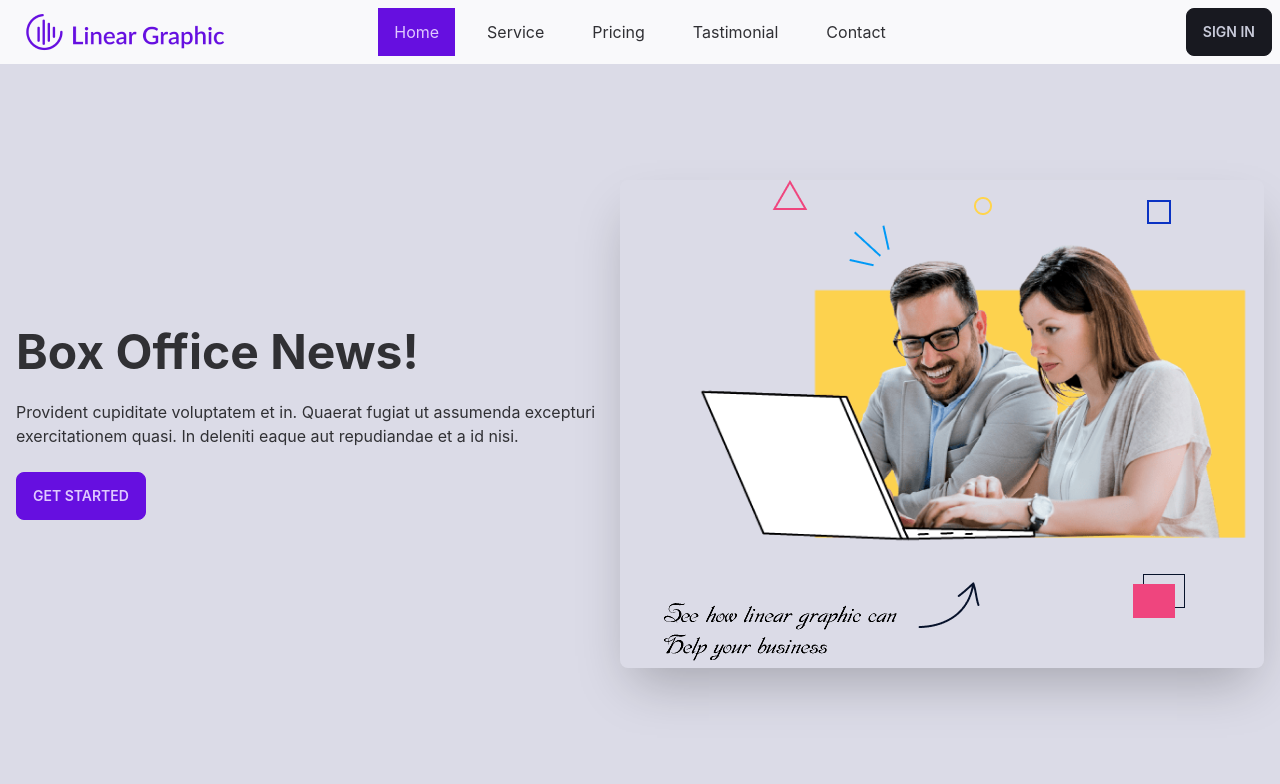
Repository: mdtamizuddin/Linear-Graphic
Page: /
These files come from the project's save history. The page is drawn as it stood at one moment and after the next save; the edit follows.
The browser window is 1280 px wide. The pictures show the whole page.
The project was rebuilt for these pictures with package versions that can differ from the ones it lists, and the page was loaded fresh each time. Also part of the build but not shown: src/Components/User/Social.js, src/Components/User/Login.js, src/Components/User/Signup.js.

Above is the page before, as saved 2022-05-28 02:57:37.

After the next save:
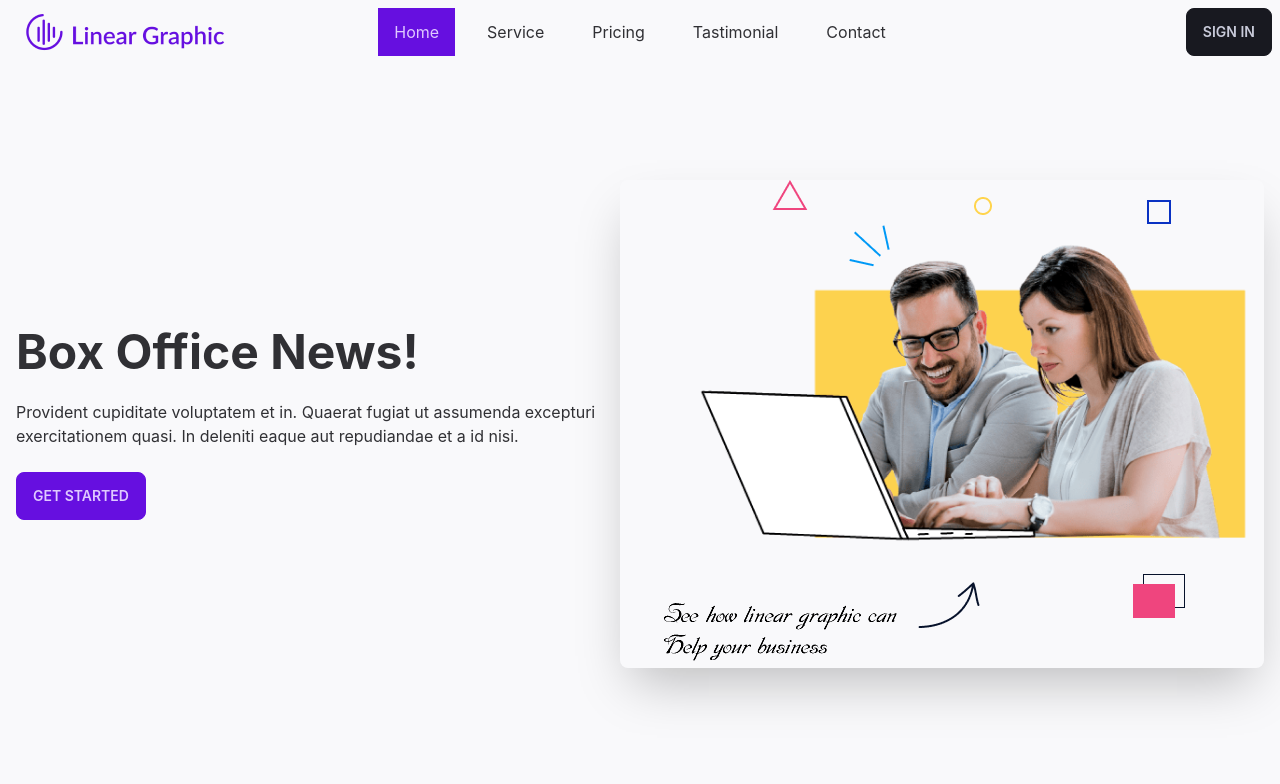
Saved 4 s later.
--- a/src/Components/Home/Header.js
+++ b/src/Components/Home/Header.js
@@ -3,7 +3,7 @@ import heroimg from './Hero.png'
 const Header = () => {
     return (
         <div>
-            <div className="hero min-h-screen bg-base-200">
+            <div className="hero min-h-screen bg-base-100">
                 <div className="hero-content flex-col lg:flex-row-reverse">
                     <img src={heroimg} className="max-w-lgm rounded-lg shadow-2xl" />
                     <div>
